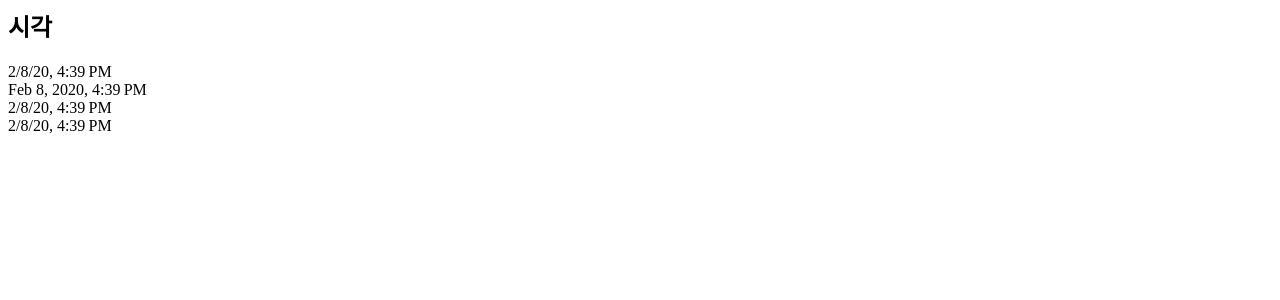
Repository: yejin-yun/server_script_game
Page: http://localhost/JstlPro/format.jsp
An editor plug-in stored every save of this project. The page is shown before and after the next save, followed by the edit.
The browser window is 1280 px wide. The pictures show the whole page.
The page is served by Tomcat 9.

Above is the page before, as saved 2020-02-09 07:40:06.

After the next save:
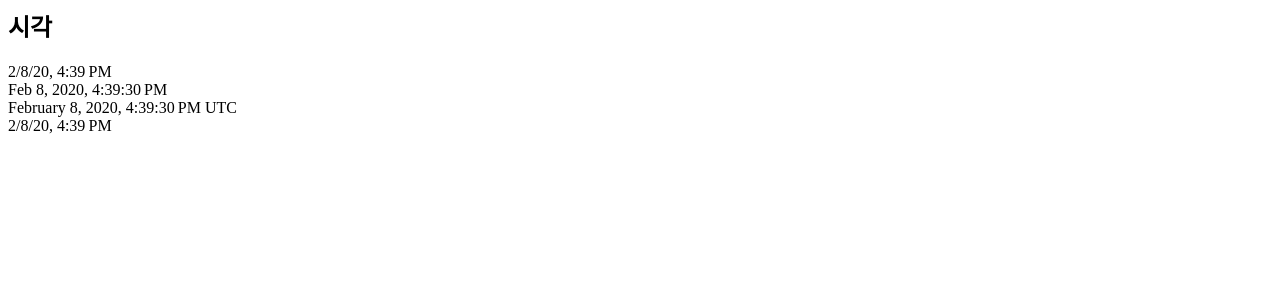
Saved 26 s later.
--- a/Servlet_JSP/JstlPro/WebContent/format.jsp
+++ b/Servlet_JSP/JstlPro/WebContent/format.jsp
@@ -10,9 +10,9 @@
 <fmt:formatDate value="${date }" type="both" dateStyle="short"
 	timeStyle="short"/><br> <!-- value에는 현재시간을 쓰면 됨. -->
 <fmt:formatDate value="${date }" type="both" dateStyle="medium"
-	timeStyle="short"/><br>
-<fmt:formatDate value="${date }" type="both" dateStyle="short"
-	timeStyle="short"/><br>
+	timeStyle="medium"/><br>
+<fmt:formatDate value="${date }" type="both" dateStyle="long"
+	timeStyle="long"/><br>
 <fmt:formatDate value="${date }" type="both" dateStyle="short"
 	timeStyle="short"/><br>
 </body>
